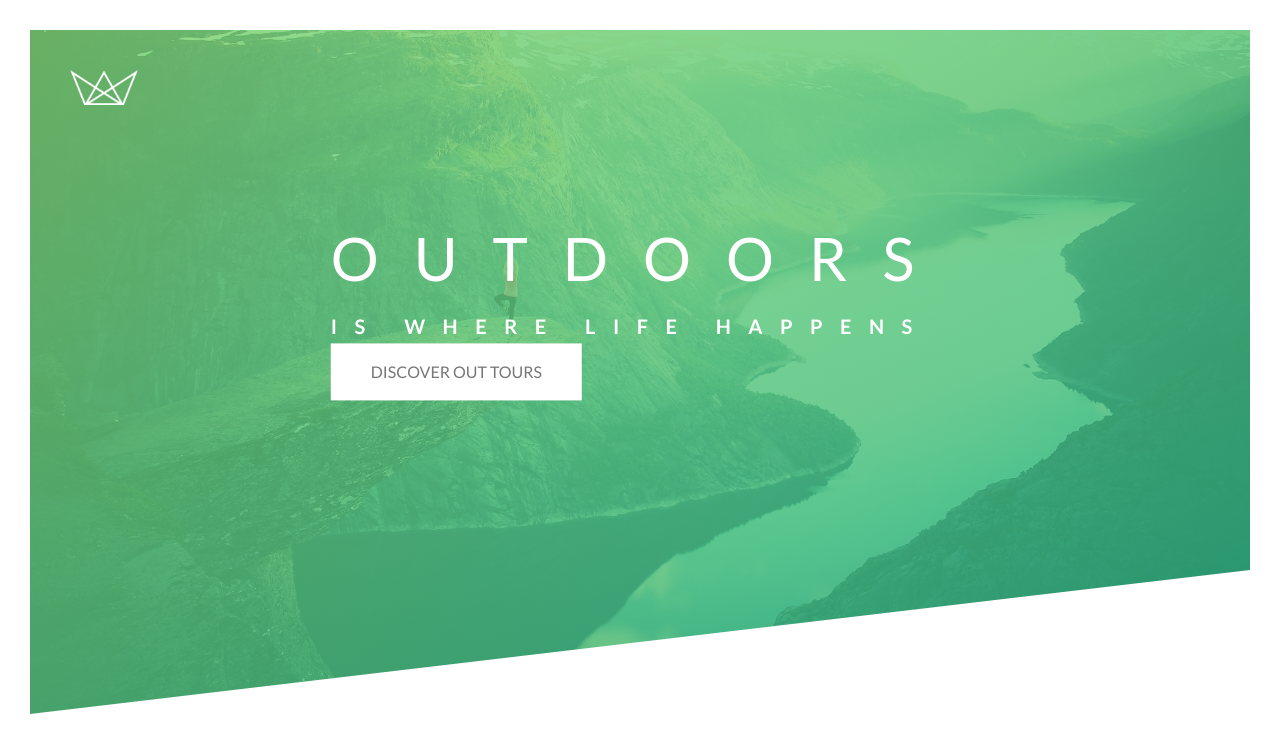
Repository: kamilluc/advanced-css-course
Page: Natours/my-implementation/index.html
The author's editor kept a copy of each file at every save. The page is drawn from the files as they stood at one save, then again after the next save.
The browser window is 1280 px wide. The pictures show the whole page.

Above is the page before, as saved 2019-05-24 23:24:18.

After the next save:
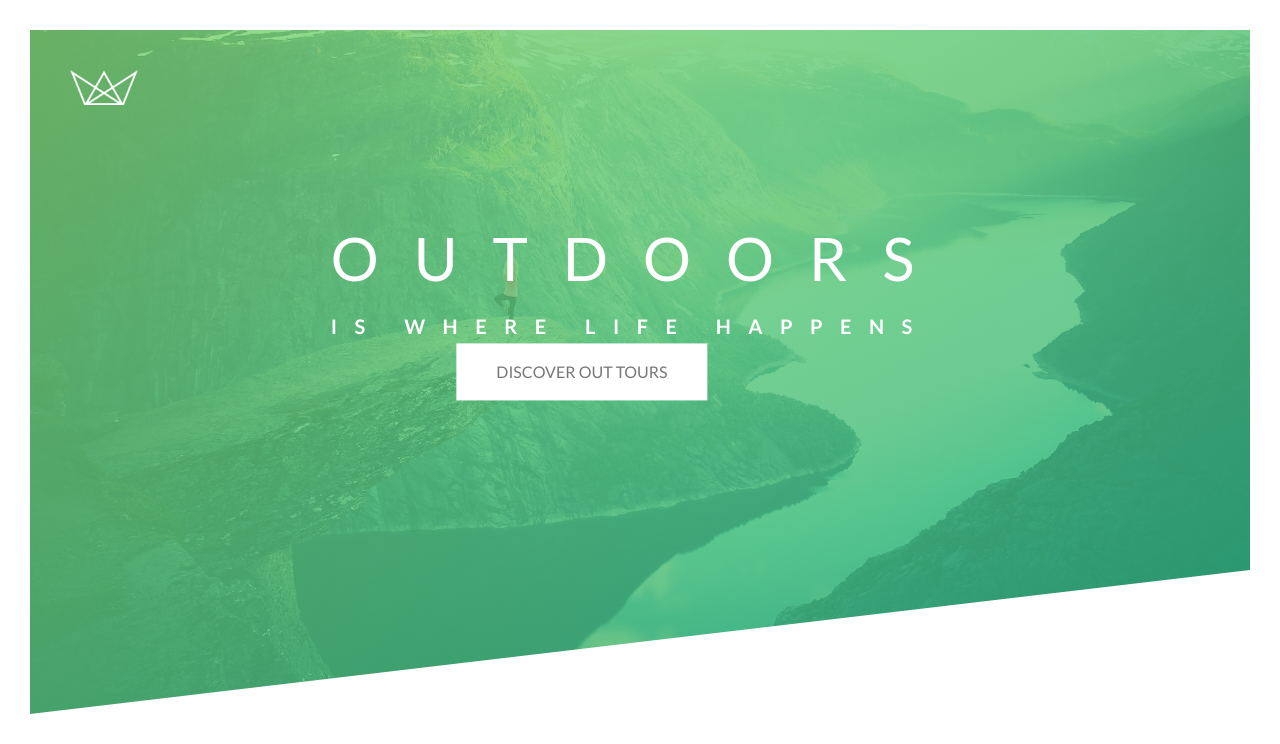
Saved 24 s later.
--- a/Natours/my-implementation/css/style.css
+++ b/Natours/my-implementation/css/style.css
@@ -115,6 +115,7 @@ body {
   text-decoration: none;
   padding: 15px 40px;
   display: inline-block;
+  transform: translate(50%);
 }
 
 .btn-white {
